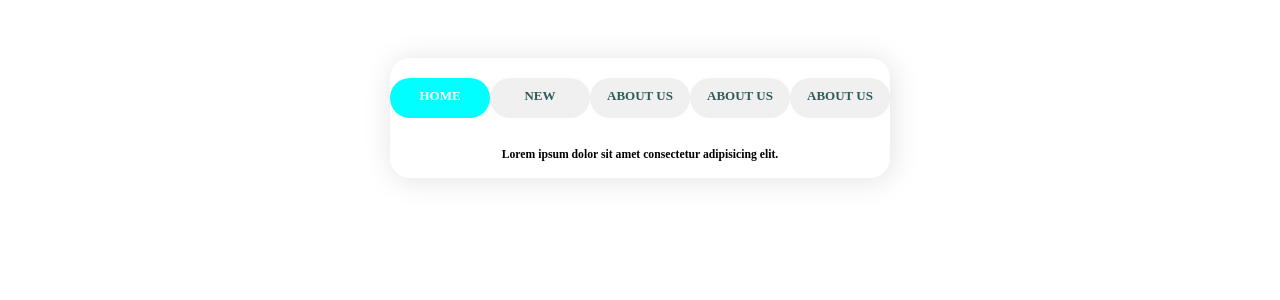
Repository: KHANHD192/JS_evondev
Page: eondev/tab_scroll/index.html
These files come from the project's save history. The page is drawn as it stood at one moment and after the next save; the edit follows.
The browser window is 1280 px wide. The pictures show the whole page.

Above is the page before, as saved 2023-05-30 11:10:50.

### eondev/tab_scroll/index.html
<!DOCTYPE html>
<html lang="en">
<head>
    <meta charset="UTF-8">
    <meta http-equiv="X-UA-Compatible" content="IE=edge">
    <meta name="viewport" content="width=device-width, initial-scale=1.0">
    <title>tab</title>
    <style>

       html{
        box-sizing: border-box;
        font-size: 62.5%;
       }
       .tab_content {
         display: none;
       }
       .tab-item.active{
        background-color: aqua;
        color: white;

       }
       .tab-item{
        background-color: rgba(192, 192, 192, 0.24);
        color:rgb(49, 90, 90);
       }
       body{
        display: flex;
        justify-content: center;
        align-items: center;

       }
       .tab_container{
        margin-top:5rem;
        width: 50rem;
        height: 12rem;
        box-shadow: 2px 2px 3rem rgba(0, 0, 0, 0.116);
        /* border: 1px solid slategray; */
        position: relative;
        border-radius: 2rem;

       }
       .tab_list{
        margin-top: 2rem;
        display: flex;
        justify-content: space-around;
        overflow-x: auto;
       }
       .tab-item{
        user-select: none;
        width: 12rem;
        height: 3rem;
        border-radius: 999px;
        cursor: pointer;
        text-align: center;
        font-weight: bold;
        font-size: 1.3rem;
        padding-top: 1rem;
       }
       .tab_wrap{
        margin-top: 3rem;
         text-align: center;
       }
       .tab_content.active{
            display: block;
       }
    </style>
</head>
<body>
    <div class="tab_container">
        <div class="tab_list">
            <div class="tab-item active">HOME</div>
            <div class="tab-item ">NEW</div>
            <div class="tab-item ">ABOUT US</div>
            <div class="tab-item ">ABOUT US</div>
            <div class="tab-item ">ABOUT US</div>
        </div>
        <div class="tab_wrap">
            <div class="tab_content active">
                <h3 class="content_ders">
                    Lorem ipsum dolor sit amet consectetur adipisicing elit.
                </h3>
            </div>
            <div class="tab_content">
                <h3 class="content_ders">
                    còn gì đâu mà khóc với sầu !
                </h3>
            </div>
            <div class="tab_content">
                <h3 class="content_ders">
                    chào anh đi em ơiii huhuhu!
                </h3>
            </div>
        </div>
    </div>
    <script src="./app.js"></script>
</body>
</html>

### eondev/tab_scroll/app.js
function click_sildeTab(){
   let button = document.querySelectorAll('.tab-item');
   console.log(button);
   let ders = document.querySelectorAll('.tab_content');
   for(let i = 0 ; i < button.length ; i++){
      button[i].onclick = function(){
         // xử dụng kĩ thuật là css cứng cho 1 item đã active rồi khi click vào button khác thì chỉ việc xóa class active đó rồi gán vô class khác !
         let currentDers = document.querySelector('.tab_content.active');
          currentDers.classList.remove('active');
         ders[i].classList.add('active');

         let buttonCurrent = document.querySelector('.tab-item.active');
         buttonCurrent.classList.remove('active');
         button[i].classList.add('active');
         }
   }

}
click_sildeTab();

After the next save:
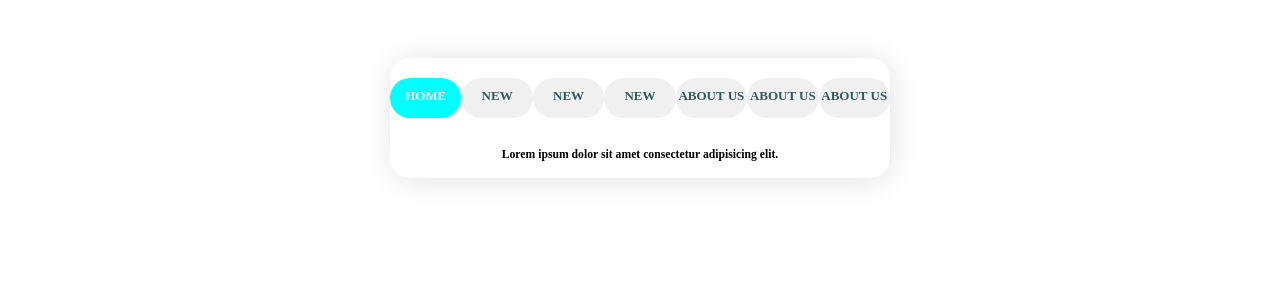
Saved 72 s later.
--- a/eondev/tab_scroll/index.html
+++ b/eondev/tab_scroll/index.html
@@ -43,7 +43,7 @@
         margin-top: 2rem;
         display: flex;
         justify-content: space-around;
-        overflow-x: auto;
+        overflow-x: scroll;
        }
        .tab-item{
         user-select: none;
@@ -70,6 +70,8 @@
         <div class="tab_list">
             <div class="tab-item active">HOME</div>
             <div class="tab-item ">NEW</div>
+            <div class="tab-item ">NEW</div>
+            <div class="tab-item ">NEW</div>
             <div class="tab-item ">ABOUT US</div>
             <div class="tab-item ">ABOUT US</div>
             <div class="tab-item ">ABOUT US</div>
